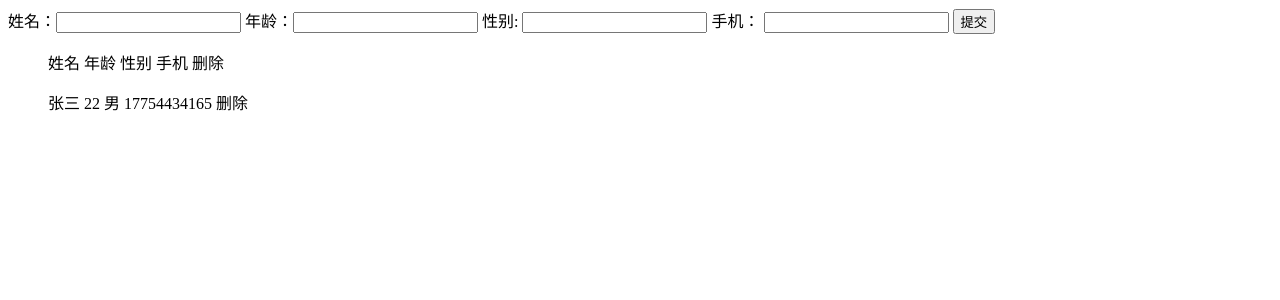
Repository: 1404413577/jsdemo
Page: small-demo/录入信息.html
The author's editor kept a copy of each file at every save. The page is drawn from the files as they stood at one save, then again after the next save.
The browser window is 1280 px wide. The pictures show the whole page.

Above is the page before, as saved 2022-11-20 15:24:36.

### small-demo/录入信息.html
<!DOCTYPE html>
<html lang="en">
<head>
    <meta charset="UTF-8">
    <meta http-equiv="X-UA-Compatible" content="IE=edge">
    <meta name="viewport" content="width=device-width, initial-scale=1.0">
    <title>Document</title>
</head>
<body>
    <div>
        姓名：<input type="text">
        年龄：<input type="text">
        性别: <input type="number">
        手机： <input type="text">
        <button type="submit">提交</button>
    </div>
    <div>
        <ul>
            <th>姓名</th>
            <th>年龄</th>
            <th>性别</th>
            <th>手机</th>
            <th>删除</th>
        </ul>
        <ul>
            <th>张三</th>
            <th>22</th>
            <th>男</th>
            <th>17754434165</th>
            <th>删除</th>
        </ul>
    </div>
</body>
</html>

After the next save:
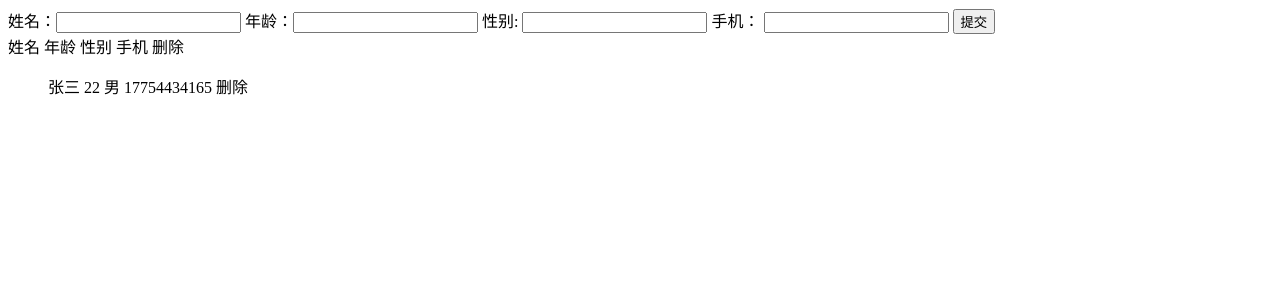
Saved 55 s later.
--- a/small-demo/录入信息.html
+++ b/small-demo/录入信息.html
@@ -15,13 +15,13 @@
         <button type="submit">提交</button>
     </div>
     <div>
-        <ul>
+        <tr>
             <th>姓名</th>
             <th>年龄</th>
             <th>性别</th>
             <th>手机</th>
             <th>删除</th>
-        </ul>
+        </tr>
         <ul>
             <th>张三</th>
             <th>22</th>
